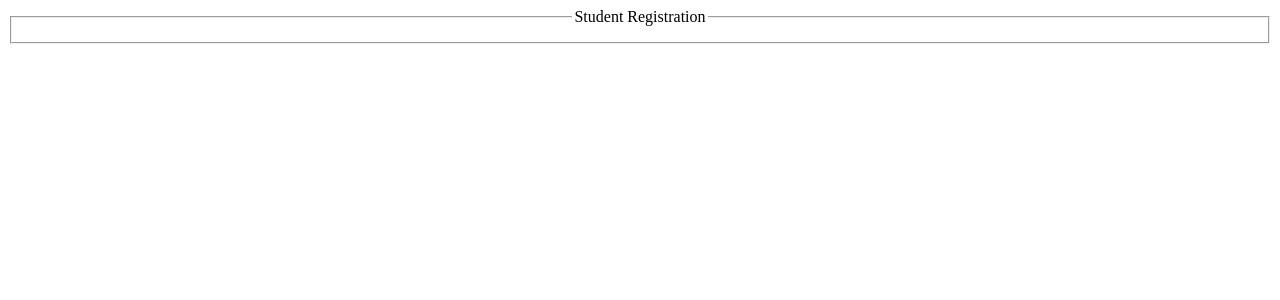
Repository: dannytayade1495/WEJE3
Page: http://localhost/jsp/StudentRegistration.jsp
These files come from the project's save history. The page is drawn as it stood at one moment and after the next save; the edit follows.
The browser window is 1280 px wide. The pictures show the whole page.
The page is served by Tomcat 9.

Above is the page before, as saved 2023-03-21 12:03:28.

### jsp/src/main/webapp/StudentRegistration.jsp
<%@ page language="java" contentType="text/html; charset=UTF-8"
	pageEncoding="UTF-8"%>
<!DOCTYPE html>
<html>
<head>
<meta charset="UTF-8">
<title>Registration Page</title>
</head>
<body>
	<div align="center">
		<form action="">
			<fieldset>
				<legend style="margin: auto;">Student Registration</legend>

			</fieldset>

		</form>
	</div>
</body>
</html>

After the next save:
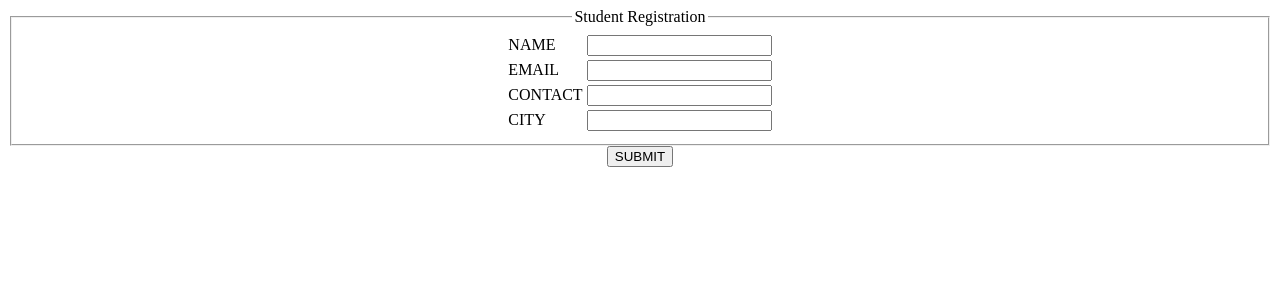
Saved 103 s later.
--- a/jsp/src/main/webapp/StudentRegistration.jsp
+++ b/jsp/src/main/webapp/StudentRegistration.jsp
@@ -11,9 +11,26 @@
 		<form action="">
 			<fieldset>
 				<legend style="margin: auto;">Student Registration</legend>
-
+				<table>
+					<tr>
+						<td>NAME</td>
+						<td><input type="text" name=""></td>
+					</tr>
+					<tr>
+						<td>EMAIL</td>
+						<td><input type="text" name=""></td>
+					</tr>
+					<tr>
+						<td>CONTACT</td>
+						<td><input type="text" name=""></td>
+					</tr>
+					<tr>
+						<td>CITY</td>
+						<td><input type="text" name=""></td>
+					</tr>
+				</table>
 			</fieldset>
-
+			<input type="submit" value="SUBMIT">
 		</form>
 	</div>
 </body>
